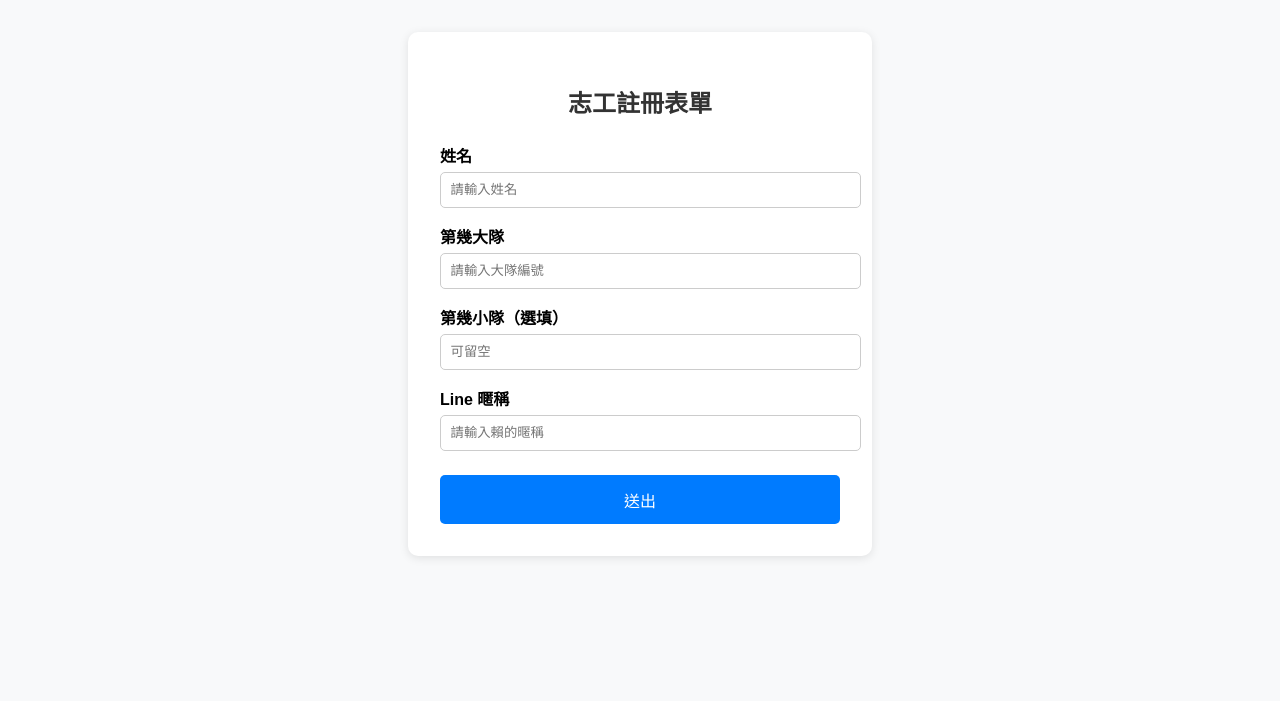
Repository: mommygoose40/register
Page: index.html
These files come from the project's save history. The page is drawn as it stood at one moment and after the next save; the edit follows.
The browser window is 1280 px wide. The pictures show the whole page.

Above is the page before, as saved 2025-11-11 13:09:51.

After the next save:
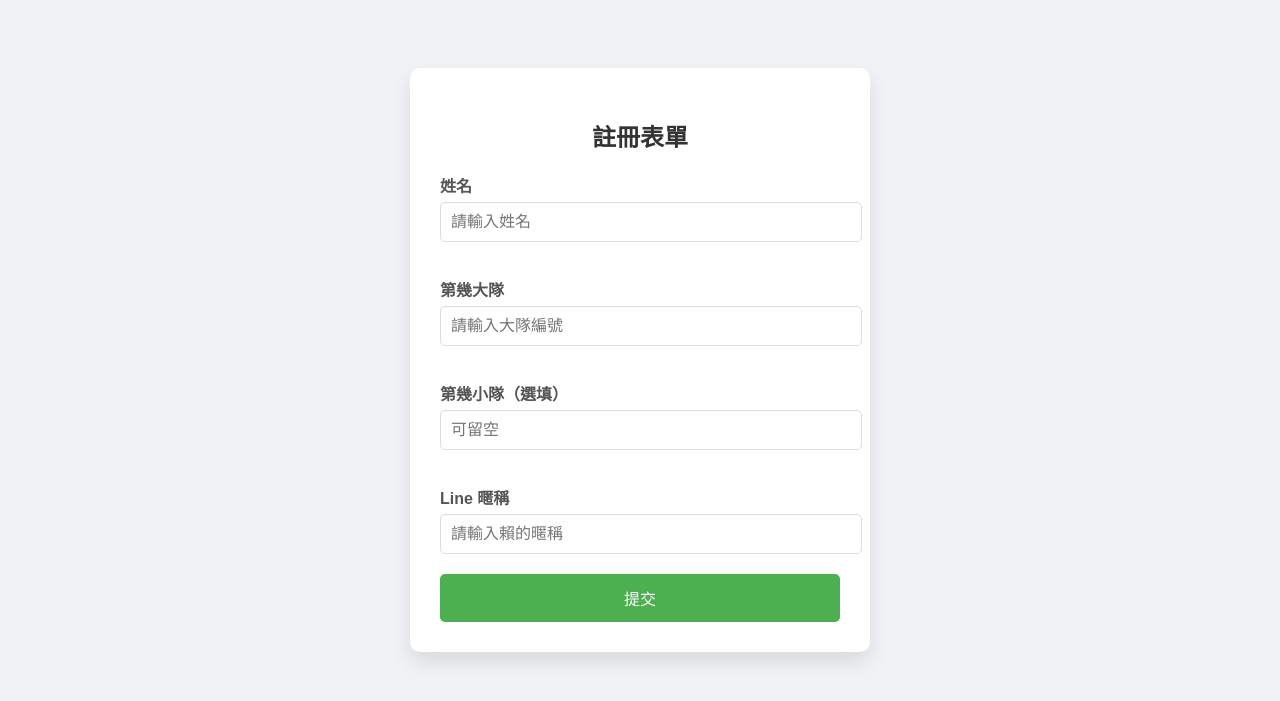
Saved 2 h 13 min later.
--- a/index.html
+++ b/index.html
@@ -3,59 +3,72 @@
 <head>
   <meta charset="UTF-8">
   <meta name="viewport" content="width=device-width, initial-scale=1.0">
-  <title>志工註冊表單</title>
+  <title>防汛志工註冊表單</title>
   <style>
+    /* Global Style */
     body {
-      font-family: "Microsoft JhengHei", sans-serif;
-      background-color: #f8f9fa;
+      font-family: Arial, sans-serif;
+      background-color: #f0f2f5;
       margin: 0;
-      padding: 2rem;
+      padding: 0;
+      display: flex;
+      justify-content: center;
+      align-items: center;
+      height: 100vh;
     }
+
     .form-container {
+      background-color: white;
+      width: 100%;
       max-width: 400px;
-      margin: auto;
-      background: #fff;
-      padding: 2rem;
+      padding: 30px;
       border-radius: 10px;
-      box-shadow: 0 2px 10px rgba(0,0,0,0.1);
+      box-shadow: 0 10px 20px rgba(0, 0, 0, 0.1);
     }
+
     h2 {
       text-align: center;
-      margin-bottom: 1.5rem;
       color: #333;
     }
+
     label {
       display: block;
-      margin-top: 1rem;
       font-weight: bold;
+      margin-top: 15px;
+      color: #555;
     }
-    input, select {
+
+    input[type="text"], input[type="number"] {
       width: 100%;
-      padding: 0.6rem;
-      margin-top: 0.3rem;
-      border: 1px solid #ccc;
+      padding: 10px;
+      margin-top: 5px;
+      margin-bottom: 20px;
       border-radius: 5px;
+      border: 1px solid #ddd;
+      font-size: 16px;
     }
+
     button {
-      margin-top: 1.5rem;
       width: 100%;
-      padding: 0.8rem;
+      padding: 12px;
+      background-color: #4CAF50;
+      color: white;
+      font-size: 16px;
       border: none;
-      background-color: #007bff;
-      color: #fff;
-      font-size: 1rem;
       border-radius: 5px;
       cursor: pointer;
     }
+
     button:hover {
-      background-color: #0056b3;
+      background-color: #45a049;
     }
   </style>
 </head>
 <body>
+
   <div class="form-container">
-    <h2>志工註冊表單</h2>
-    <form>
+    <h2>註冊表單</h2>
+    <form action="#">
       <label for="name">姓名</label>
       <input type="text" id="name" name="name" placeholder="請輸入姓名" required>
 
@@ -68,8 +81,9 @@
       <label for="lineName">Line 暱稱</label>
       <input type="text" id="lineName" name="lineName" placeholder="請輸入賴的暱稱" required>
 
-      <button type="submit">送出</button>
+      <button type="submit">提交</button>
     </form>
   </div>
+
 </body>
 </html>
